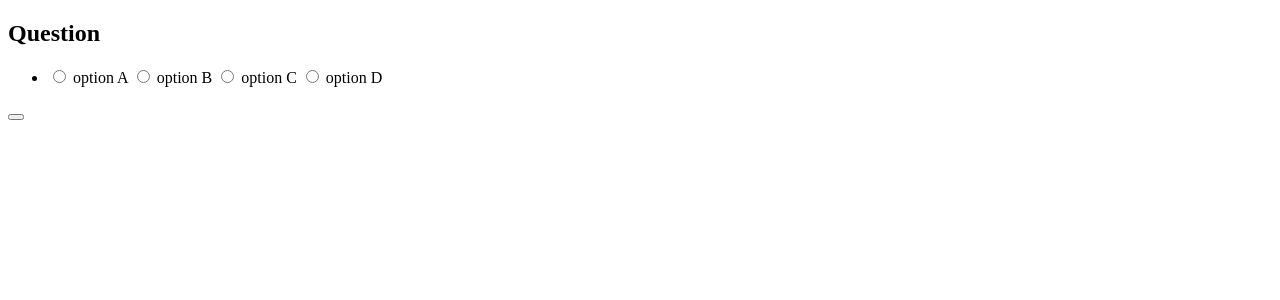
Repository: JunaidAnsari202/Quiz-App
Page: index.html
The author's editor kept a copy of each file at every save. The page is drawn from the files as they stood at one save, then again after a run of saves.
The browser window is 1280 px wide. The pictures show the whole page.

Above is the page before, as saved 2024-10-13 19:38:11.

### index.html
<!DOCTYPE html>
<html lang="en">
<head>
    <meta charset="UTF-8">
    <meta name="viewport" content="width=device-width, initial-scale=1.0">
    <title>Quiz app</title>
    <link rel="stylesheet" href="style.css">
</head>
<body>
     <div class="quiz-container">

        <h2 id="quiz-question">
            Question
        </h2>
        <ul>
            <li>
                <input type="radio" class="answer" id="option-a" name="quiz">
                 <label for="option-a" class="text_option_a">option A</label>

                 <input type="radio" class="answer" id="option-a"  name="quiz">
                 <label for="option-b" class="text_option_a">option B</label>

                 <input type="radio" class="answer" id="option-a"  name="quiz">
                 <label for="option-c" class="text_option_a">option C</label>

                 <input type="radio" class="answer" id="option-a"  name="quiz">
                 <label for="option-d" class="text_option_a">option D</label>
            </li>
        </ul>

        <button id="submit"></button>

     </div>


    <script src="script.js"></script>
</body>
</html>

Loaded but not shown: script.js (no copy from this time; the picture is the same without it); style.css (no copy from this time; the picture is the same without it)

After the next 3 saves:
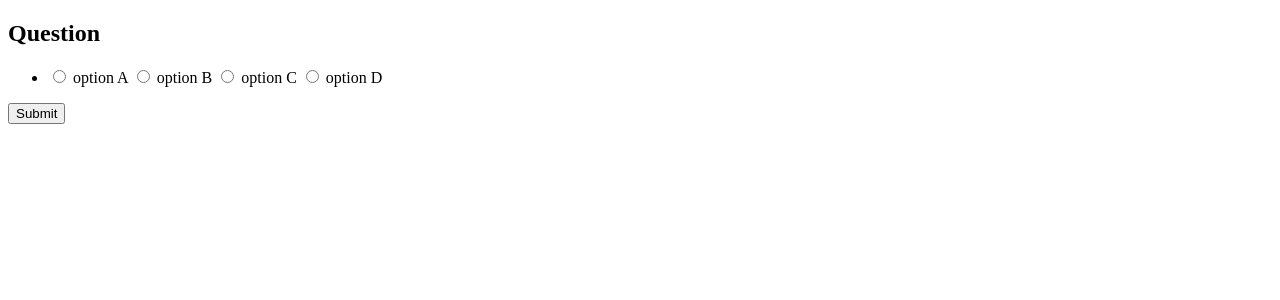
The 3 saves are shown as one change because they came seconds apart.
The last was saved 6 s later.
--- a/index.html
+++ b/index.html
@@ -28,7 +28,7 @@
             </li>
         </ul>
 
-        <button id="submit"></button>
+        <button id="submit">Submit</button>
 
      </div>
 
